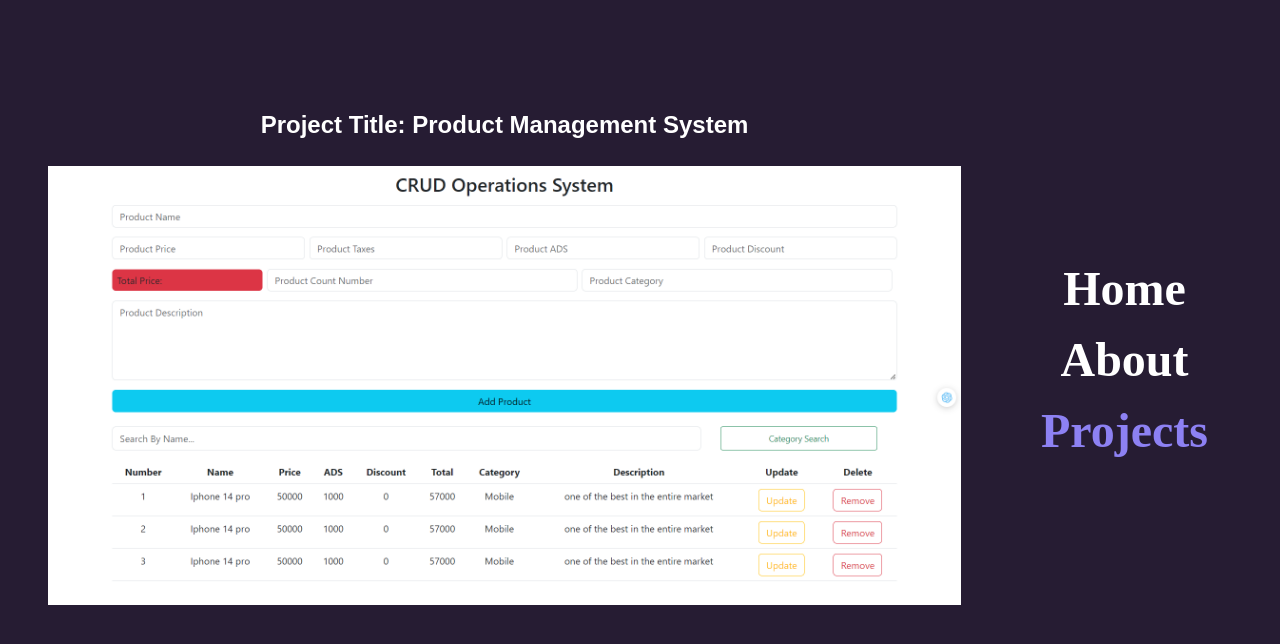
Repository: ahamdy997/portfolio
Page: /projects
An editor plug-in stored every save of this project. The page is shown before and after a run of saves, followed by the edit.
The browser window is 1280 px wide. The pictures show the whole page.
The project was rebuilt for these pictures with package versions that can differ from the ones it lists, and the page was loaded fresh each time. Also part of the build but not shown: vue.config.js, src/components/HelloWorld.vue, src/views/HomeView.vue.

Above is the page before, as saved 2023-11-06 00:39:48.

### src/App.vue
<template>
  <div class="flex">
    <router-view />
    <header>
      <nav>
        <router-link to="/">Home</router-link>
        <router-link to="/about">About</router-link>
        <router-link to="/projects">Projects</router-link>
      </nav>
    </header>
  </div>
</template>

<style>
* {
  box-sizing: border-box;
  padding: 0;
  margin: 0;
}
#app {
  width: 100%;
  height: 100vh;
  display: flex;
  align-items: center;
  justify-content: space-between;
  text-align: center;
}
.flex {
  display: flex;
  align-items: center;
  justify-content: space-between;
  padding: 3rem;
  gap: 5rem;
  width: 100%;
}
header {
  font-size: 1.7rem;
}

nav {
  text-align: center;
  display: flex;
  flex-direction: column;
  gap: 1rem;
  margin-right: 1.5rem;
}
body {
  font-family: sans-serif;
  background: #261c33;
  /* background: yellow; */
  color: #fff;
}
nav a {
  font-family: serif;
  font-weight: bold;
  color: #fff;
  text-decoration: none;
  font-size: 3rem;
  transition: all 0.2s;
}
nav a:hover {
  font-style: italic;
  transform: translateX(10px);
}

nav a.router-link-exact-active {
  color: #8d81f3;
}
</style>

### src/router/index.js
import { createRouter, createWebHistory } from "vue-router";
import HomeView from "../views/HomeView.vue";

const routes = [
  {
    path: "/",
    name: "home",
    component: HomeView,
  },
  {
    path: "/about",
    name: "about",
    // route level code-splitting
    // this generates a separate chunk (about.[hash].js) for this route
    // which is lazy-loaded when the route is visited.
    component: () =>
      import(/* webpackChunkName: "about" */ "../views/AboutView.vue"),
  },
  {
    path: "/projects",
    name: "project",
    // route level code-splitting
    // this generates a separate chunk (about.[hash].js) for this route
    // which is lazy-loaded when the route is visited.
    component: () =>
      import(/* webpackChunkName: "about" */ "../views/ProjectView.vue"),
  },
];

const router = createRouter({
  history: createWebHistory(process.env.BASE_URL),
  routes,
});

export default router;

### src/views/ProjectView.vue
<template>
  <div>
    <h2>Project Title: Product Management System</h2>

    <div class="pic">
      <figure>
        <a href="https://ahamdy997.github.io/CRUDS-System/" target="_blank">
          <img src="../assets/Screenshot (55).png" alt="Crud system" />
        </a>
      </figure>
      <div class="layer"></div>
    </div>
  </div>
</template>
<style scoped>
img {
  width: 100%;
}
h2 {
  margin-bottom: 1.7rem;
}
.pic {
  position: relative;
}
.layer {
  color: black;
  position: absolute;
  top: 0;
  left: 0;
  right: 0;
}
</style>

Loaded but not shown: public/index.html (common file); src/main.js (common file)

After the next 4 saves:
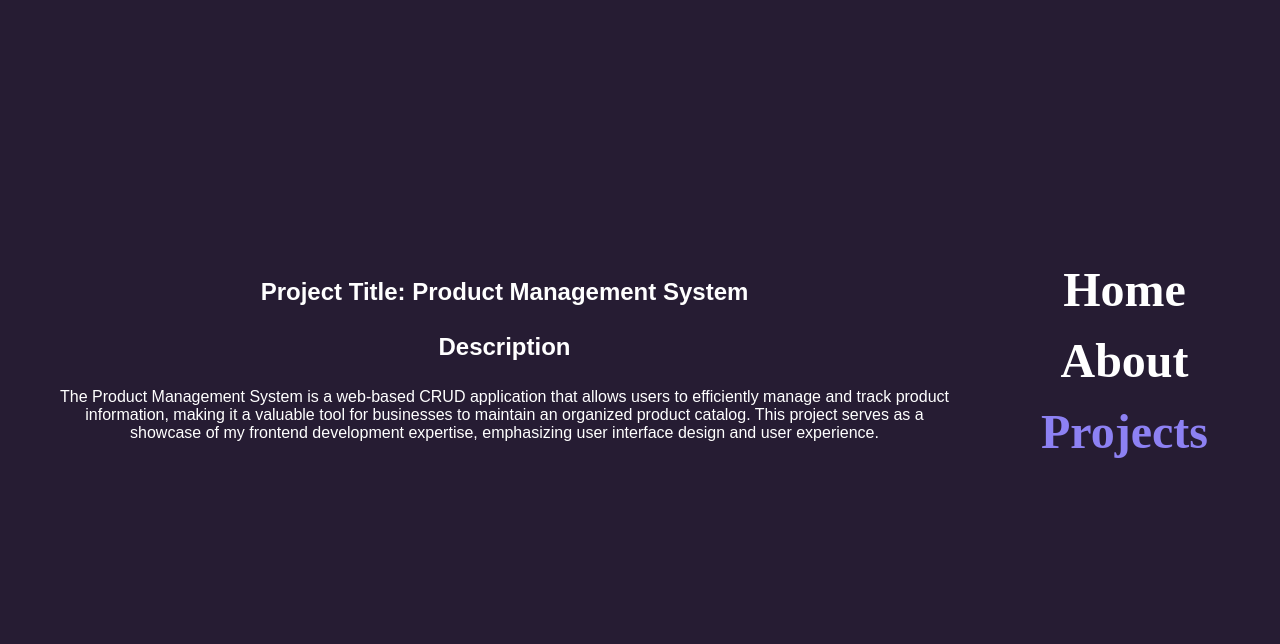
The 4 saves are shown as one change because 3 did not build or start.
The last was saved 102 s later.
--- a/src/views/ProjectView.vue
+++ b/src/views/ProjectView.vue
@@ -1,15 +1,14 @@
 <template>
   <div>
     <h2>Project Title: Product Management System</h2>
-
-    <div class="pic">
-      <figure>
-        <a href="https://ahamdy997.github.io/CRUDS-System/" target="_blank">
-          <img src="../assets/Screenshot (55).png" alt="Crud system" />
-        </a>
-      </figure>
-      <div class="layer"></div>
-    </div>
+    <h2>Description</h2>
+    <p>
+      The Product Management System is a web-based CRUD application that allows
+      users to efficiently manage and track product information, making it a
+      valuable tool for businesses to maintain an organized product catalog.
+      This project serves as a showcase of my frontend development expertise,
+      emphasizing user interface design and user experience.
+    </p>
   </div>
 </template>
 <style scoped>
